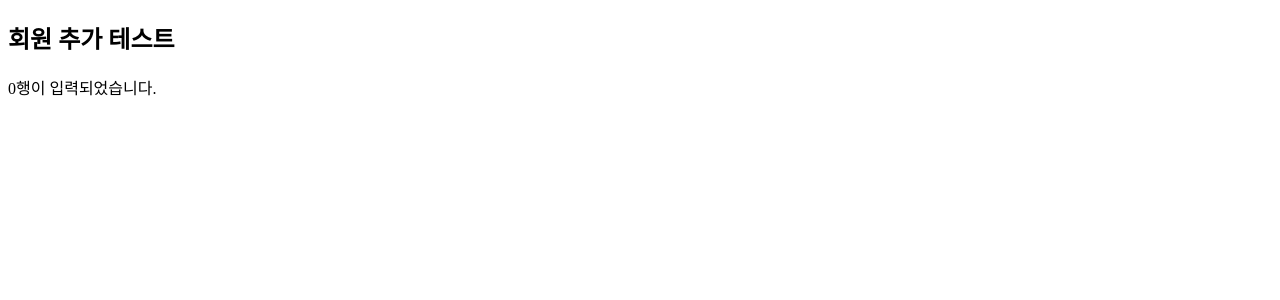
Repository: design-view/jspstudy
Page: http://localhost/GreenJsp/04jdbc/memberadd.jsp
An editor plug-in stored every save of this project. The page is shown before and after the next save, followed by the edit.
The browser window is 1280 px wide. The pictures show the whole page.
The page is served by Tomcat 9. Queries for data that is not in the repository find no rows.

Above is the page before, as saved 2024-01-12 02:11:52.
Console error: SyntaxError: Unexpected identifier 'location'

After the next save:
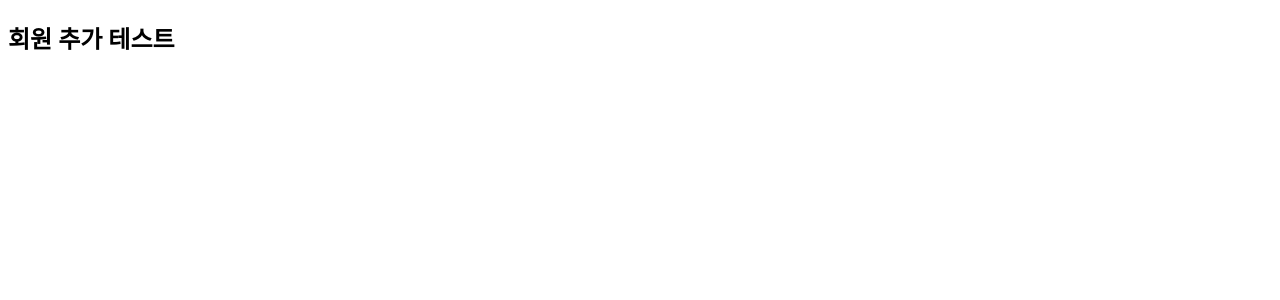
Saved 106 s later.
--- a/GreenJsp/src/main/webapp/04jdbc/memberadd.jsp
+++ b/GreenJsp/src/main/webapp/04jdbc/memberadd.jsp
@@ -31,10 +31,10 @@
 		//쿼리수행
 		try{
 			result = psmt.executeUpdate();   //변경된행의 갯수를 리턴
-			out.println(result+"행이 입력되었습니다.");
+			//out.println(result+"행이 입력되었습니다.");
 		}
 		catch(Exception e){
-			out.println("예외가 발생했습니다.");
+			//out.println("예외가 발생했습니다.");
 		}
 		if(result==0){
 			String str = "<script>alert('회원가입에 문제가 있습니다.')"
